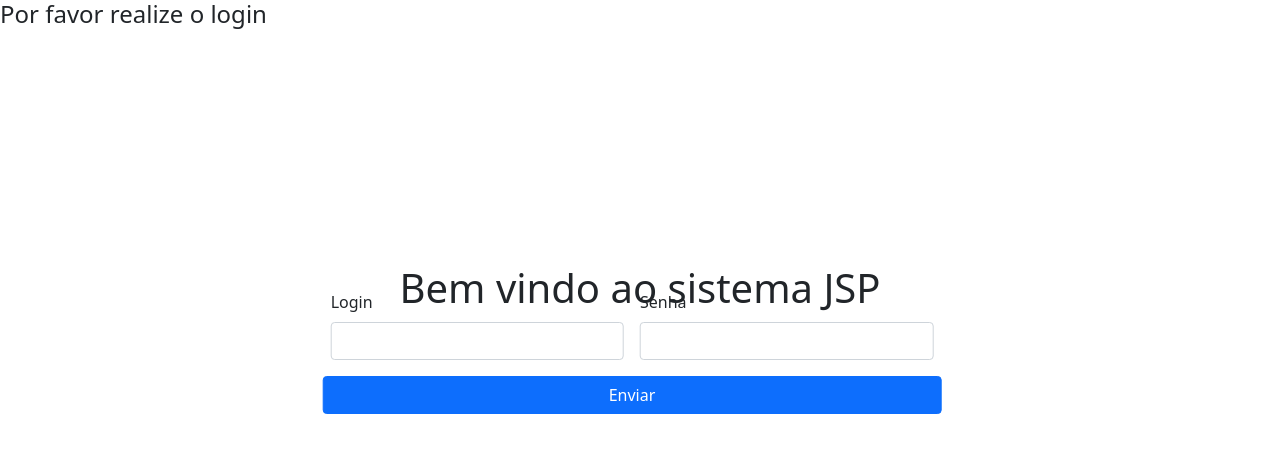
Repository: EduCarmo/PROJETO_JAVA-JSP_JDBC_SQL_JAVA
Page: http://localhost/curso-jsp/principal/cadastrousuario.jsp
The author's editor kept a copy of each file at every save. The page is drawn from the files as they stood at one save, then again after the next save.
The browser window is 1280 px wide. The pictures show the whole page.
The page is served by Tomcat 10. Other server files are loaded and not shown.

Above is the page before, as saved 2024-03-13 22:05:05.

### curso-jsp/src/main/webapp/index.jsp
<%@ page language="java" contentType="text/html; charset=UTF-8"
	pageEncoding="UTF-8"%>
<!DOCTYPE html>
<html lang="pt-BR">
<head>
<meta charset="UTF-8">
<meta name="viewport" content="width=device-width, initial-scale=1">

<link
	href="https://cdn.jsdelivr.net/npm/bootstrap@5.0.2/dist/css/bootstrap.min.css"
	rel="stylesheet"
	integrity="sha384-EVSTQN3/azprG1Anm3QDgpJLIm9Nao0Yz1ztcQTwFspd3yD65VohhpuuCOmLASjC"
	crossorigin="anonymous">

<title>Curso JSP</title>

<style type="text/css">

form{
	position: absolute;
	top: 50%;
	left: 50%;
	transform: translate(-50%,-50%);
}

h1{
	position: absolute;
	top: 40%;
	left: 50%;
	transform: translate(-50%,-50%);

}

</style>

</head>
<body>

	<h1>Bem vindo ao sistema JSP</h1>

	<form action="ServletLogin" method="post" class="row g-3">

		<input type="hidden" value="<%=request.getParameter("url")%>"
			name="url">

		<div class="col-md-6">
			<label class="form-label">Login</label>
			<input name="login" type="text" class="form-control">
		</div>

		<div class="col-md-6">
			<label class="form-label">Senha</label>
			<input name="senha" type="password" class="form-control">
		</div>

		<input type="submit" value="Enviar" class="btn btn-primary">
	</form>

	<h4>${msg}</h4>

	<script
		src="https://cdn.jsdelivr.net/npm/bootstrap@5.0.2/dist/js/bootstrap.bundle.min.js"
		integrity="sha384-MrcW6ZMFYlzcLA8Nl+NtUVF0sA7MsXsP1UyJoMp4YLEuNSfAP+JcXn/tWtIaxVXM"
		crossorigin="anonymous"></script>

</body>
</html>

After the next save:
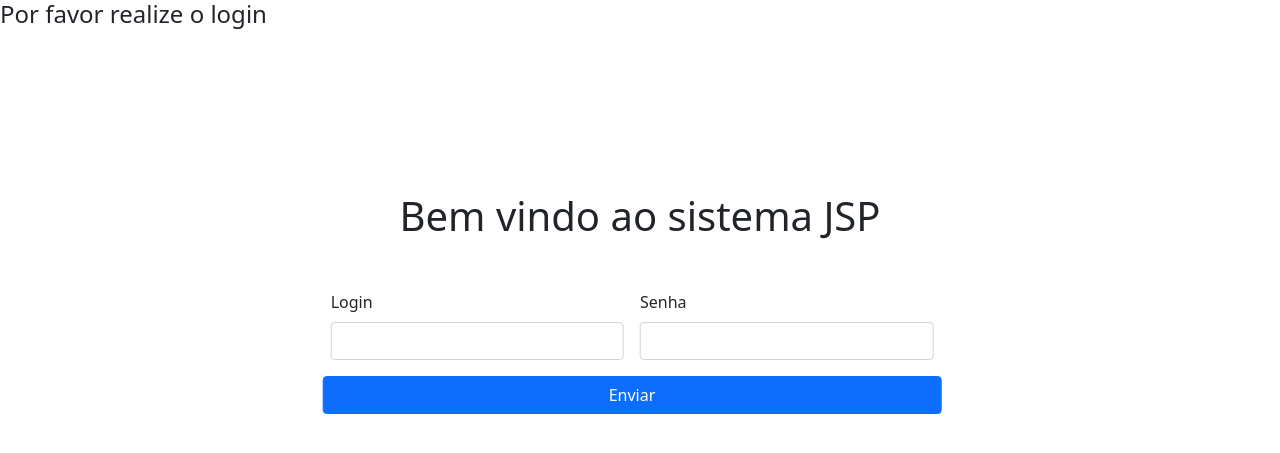
Saved 4 s later.
--- a/curso-jsp/src/main/webapp/index.jsp
+++ b/curso-jsp/src/main/webapp/index.jsp
@@ -25,7 +25,7 @@ form{
 
 h1{
 	position: absolute;
-	top: 40%;
+	top: 30%;
 	left: 50%;
 	transform: translate(-50%,-50%);
 
